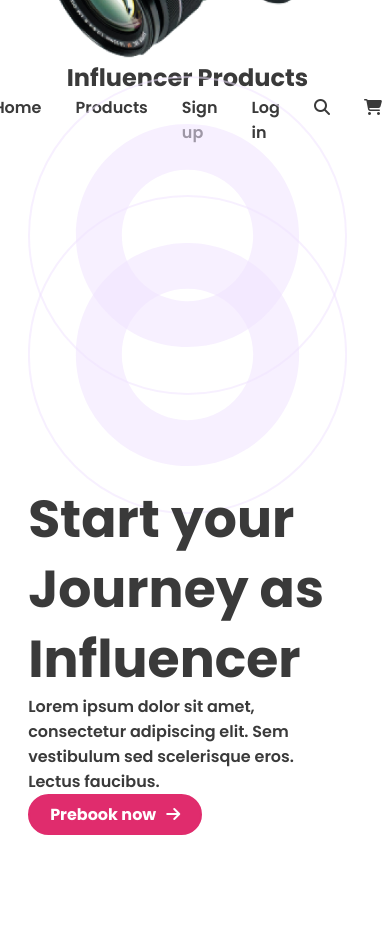
Repository: ShouravAhammed/Influencer-Gear-webpage
Page: index.html
The author's editor kept a copy of each file at every save. The page is drawn from the files as they stood at one save, then again after the next save.
The browser window is 375 px wide. The page is 382 px wide, so the pictures cover 382 px, including what lies to the right of the window. The pictures show the whole page.
Some web libraries are served in a nearby version.

Above is the page before, as saved 2024-01-14 22:24:48.

After the next save:
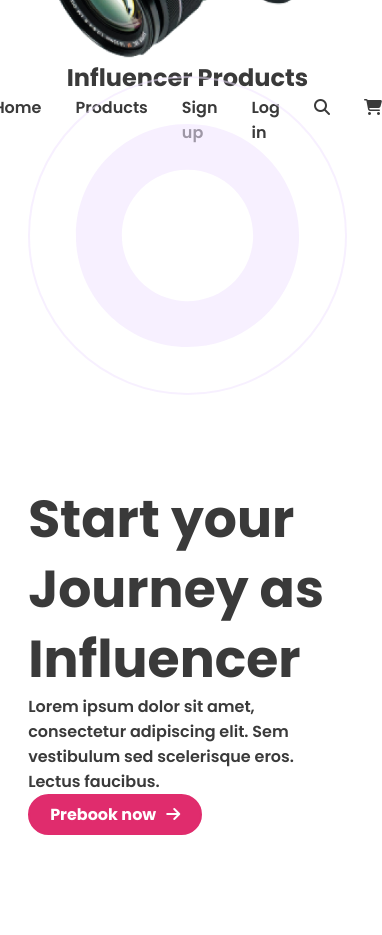
Saved 25 s later.
--- a/Style/style.css
+++ b/Style/style.css
@@ -78,10 +78,6 @@
 /* banner section css style */
 
 #banner{
-    background-image: url(../images/Circle\ design.svg);
-    background-position: bottom right;
-    background-size: contain;
-    background-repeat: no-repeat;
     height: 80vh;
     display: flex;
     align-items: center;
@@ -128,7 +124,6 @@
         flex-direction: column;
     }
     #banner{
-        background-position: top;
         flex-direction: column-reverse;
     }
     .banner-content{
